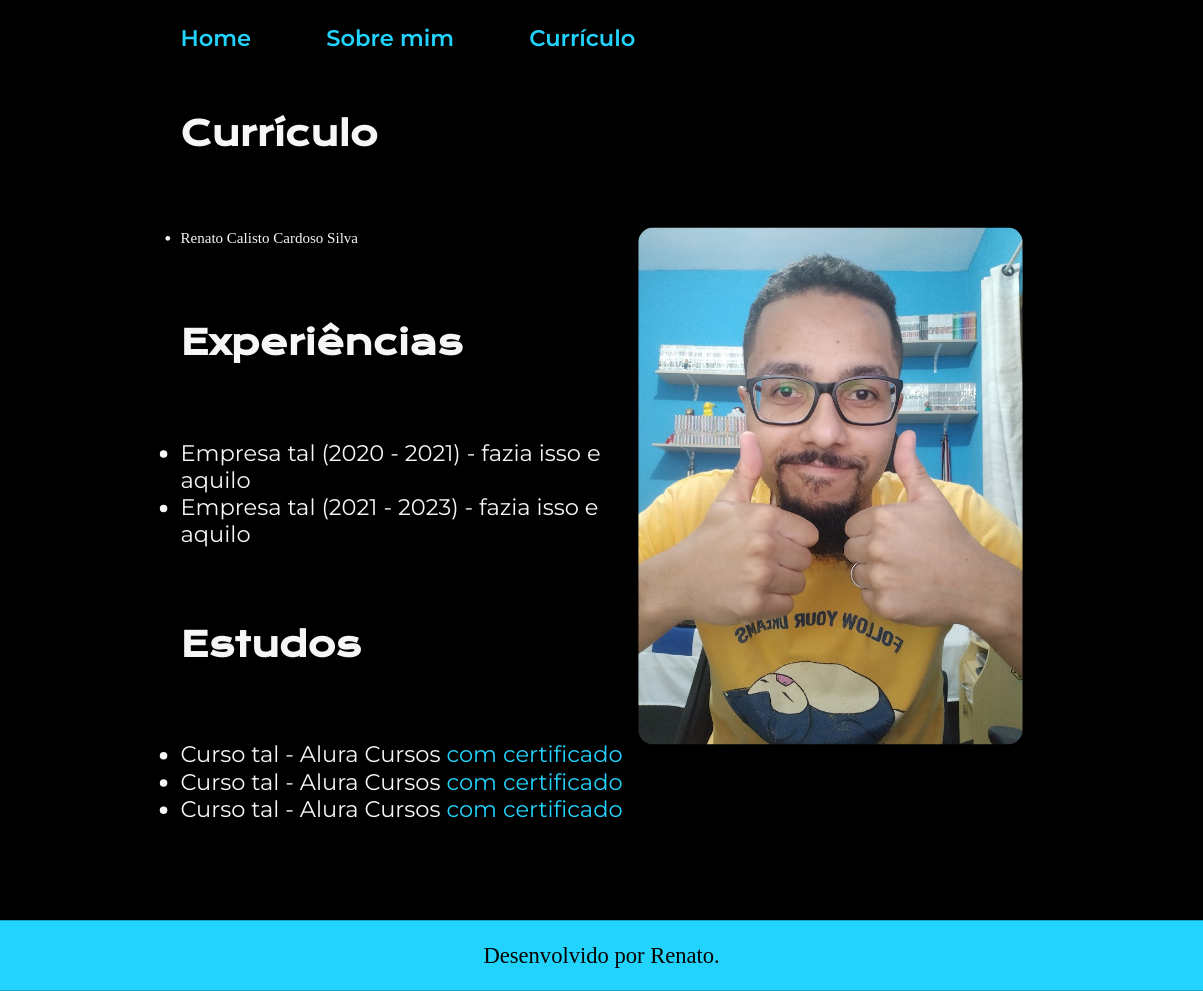
Repository: RenatoCCS/Portfolio_Alura
Page: curriculo.html
An editor plug-in stored every save of this project. The page is shown before and after the next save, followed by the edit.
The browser window is 1280 px wide. The pictures show the whole page, at 94% of full size.

Above is the page before, as saved 2023-03-06 20:14:32.

After the next save:
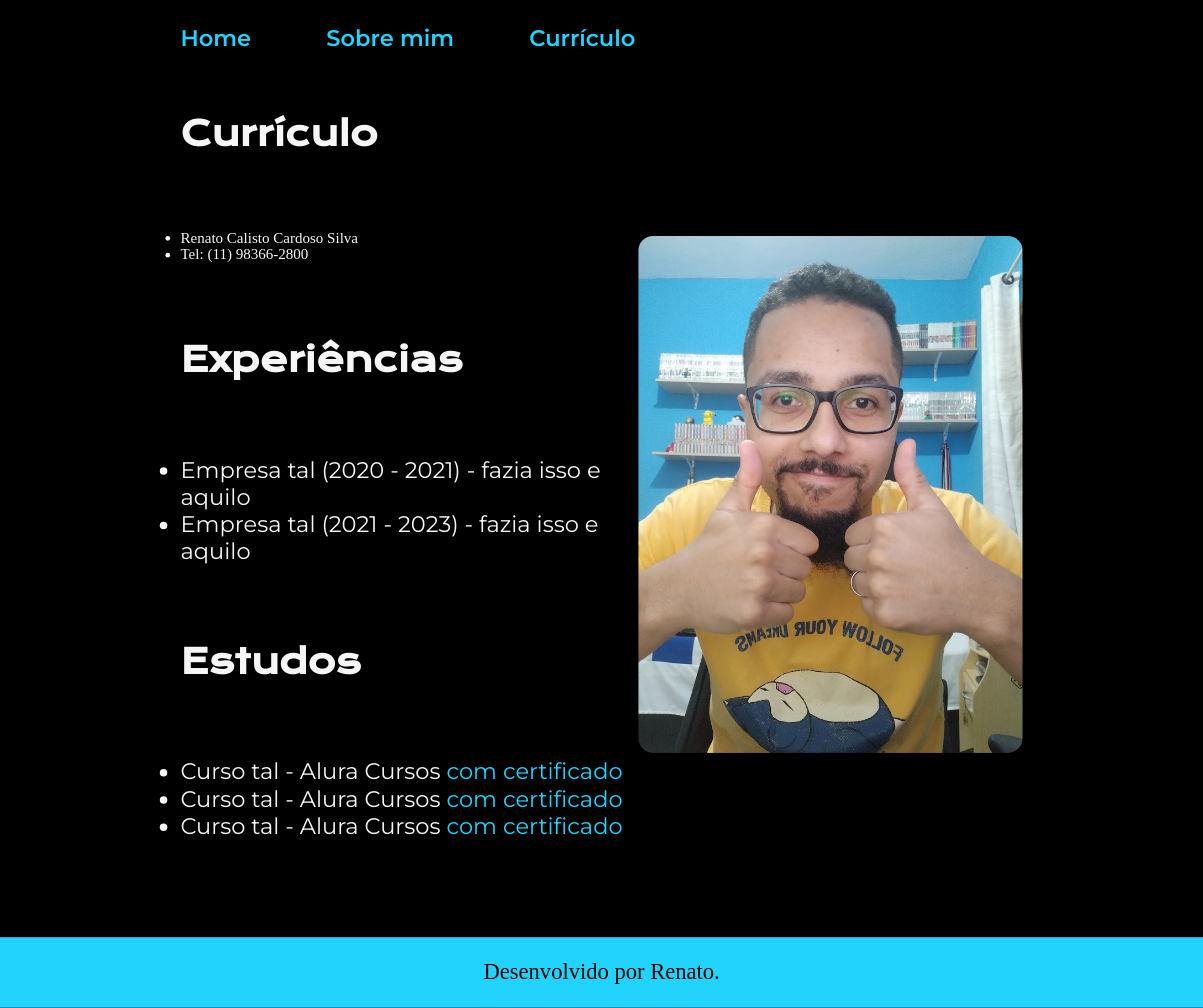
Saved 10 min 18 s later.
--- a/curriculo.html
+++ b/curriculo.html
@@ -23,6 +23,8 @@
           <p class="apresentacao__conteudo__texto">
               <ul>
                 <li>Renato Calisto Cardoso Silva</li>
+                <li>Tel: (11) 98366-2800</li>
+
               </ul>
           </p>
           <h2 class="apresentacao__conteudo__titulo">Experiências</h2>
